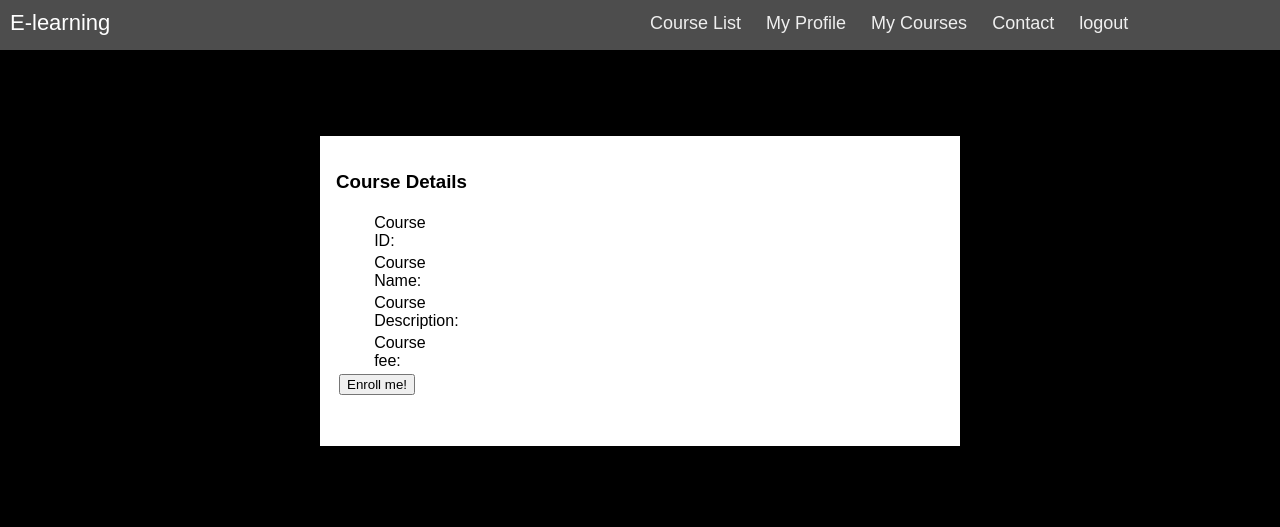
Repository: hemanthchallacs/learning_spring_boot
Page: http://localhost/courseDetails
The author's editor kept a copy of each file at every save. The page is drawn from the files as they stood at one save, then again after the next save.
The browser window is 1280 px wide. The pictures show the whole page.
The page is this project's Thymeleaf template; nobody is signed in. The template is opened directly, without the code that normally fills it, so the values that code supplies are empty.

Above is the page before, as saved 2021-07-12 19:54:32.

After the next save:
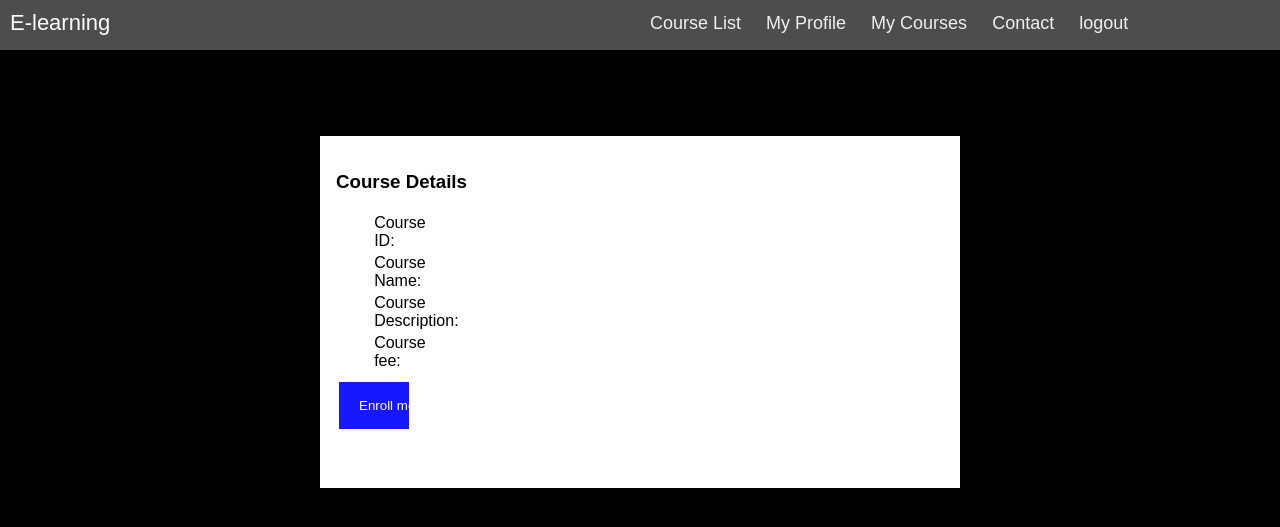
Saved 93 s later.
--- a/ver1_elearning/src/main/resources/templates/courseDetails.html
+++ b/ver1_elearning/src/main/resources/templates/courseDetails.html
@@ -186,6 +186,23 @@ hr {
   width: 100%;
   opacity: 0.9;
 }
+
+.enrollme {
+  background-color: blue;
+  color: white;
+  padding: 16px 20px;
+  margin: 8px 0;
+  border: none;
+  cursor: pointer;
+  width: 50%;
+  opacity: 0.9;
+}
+
+
+.enrollme:hover {
+  opacity: 1;
+}
+
 
 .resetbtn:hover {
   opacity: 1;
@@ -264,7 +281,7 @@ a {
 	<td>
 	<!--th:action="@{/course/enroll/__${course.course_id}__/enrolled}"  -->
 		<form  th:action="@{/course/enroll/__${course.course_id}__/enrolled}" method = "post">
-		<input type="submit" value = "Enroll me!">
+		<input class= "enrollme" type="submit" value = "Enroll me!">
 		</form>
 	</td>
 	</tr>
